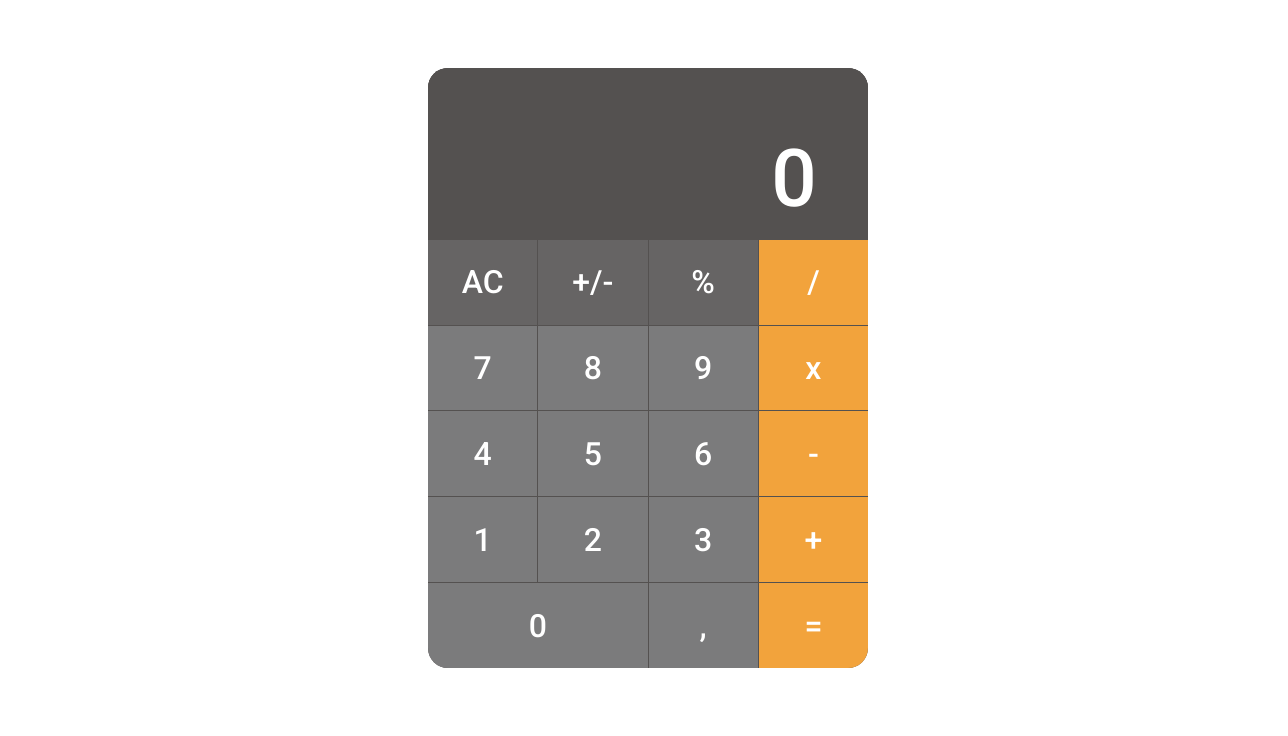
Repository: maciekto/calculatorOOP
Page: index.html
The author's editor kept a copy of each file at every save. The page is drawn from the files as they stood at one save, then again after the next save.
The browser window is 1280 px wide. The page is 1288 px wide, so the pictures cover 1288 px, including what lies to the right of the window. The pictures show the whole page.

Above is the page before, as saved 2022-07-15 23:16:16.

### index.html
<!DOCTYPE html>
<html lang="en">
<head>
    <meta charset="UTF-8">
    <meta http-equiv="X-UA-Compatible" content="IE=edge">
    <meta name="viewport" content="width=device-width, initial-scale=1.0">
    <title>Document</title>
    <link rel="stylesheet" href="css.css">

    <!-- Using mathjs library from https://mathjs.org/ -->
    <script src="https://unpkg.com/mathjs/lib/browser/math.js"></script>

</head>
<body>
    <main>
        <div class="Calc">
            <div class="Calc__result">
                <div class="Calc__result__inner">0</div>
            </div>

            <div class="Calc__reset">AC</div>
            <div class="Calc__opposite">+/-</div>
            <div class="Calc__percentages">%</div>
            <div class="Calc__divide">/</div>

            <div class="Calc__7">7</div>
            <div class="Calc__8">8</div>
            <div class="Calc__9">9</div>
            <div class="Calc__multiply">x</div>

            <div class="Calc__4">4</div>
            <div class="Calc__5">5</div>
            <div class="Calc__6">6</div>
            <div class="Calc__substraction">-</div>
            <div class="Calc__1">1</div>
            <div class="Calc__2">2</div>
            <div class="Calc__3">3</div>
            <div class="Calc__addition">+</div>

            <div class="Calc__0">0</div>
            <div class="Calc__comma">,</div>
            <div class="Calc__isequal">=</div>

        </div>
    </main>

    <script src="js.js"></script>
</body>
</html>

### css.css
@import url('https://fonts.googleapis.com/css2?family=Roboto:wght@400;500;700&display=swap');

* {
    font-family: 'Roboto', sans-serif;
    font-weight: 500;
    box-sizing: border-box;
}

main {
    width: 100vw;
    height: 100vh;
    display: grid;
    place-items: center;
}

.Calc {
    max-width: 440px;
    width: 55vw;
    height: 80vw;
    max-height: 600px;
    background: #545150;
    color: white;
    display: grid;
    grid-template-columns: repeat(4, 1fr);
    grid-template-rows: repeat(7, 1fr);
    grid-template-areas:
    "result result result result"
    "result result result result"
    "reset opposite percentages divide"
    "seven eight nine multiply"
    "four five six substraction"
    "one two three addition"
    "zero zero comma isequal"
    ;
    grid-gap: 1px;
    font-size: 4vw;
    border-radius: 2vw;
}
.Calc div {
    display: grid;
    place-items: center;
    background: #7b7b7c;
    cursor: pointer;
}
.Calc__result {
    grid-area: result;
    background: #545150 !important;
    font-size: 10vw;
    display: flex;
    overflow-x: scroll;
    border-radius: 2vw 2vw 0 0;
}
.Calc__result__inner {
    padding: 1vw 4vw;
    width: 100%;
    height: 100%;
    place-items: end end !important;


    background: #545150 !important;

}
.Calc__reset {
    background: #666464 !important;
}
.Calc__opposite {
    background: #666464 !important;
}
.Calc__percentages {
    background: #666464 !important;
}
.Calc__divide {
    background: #f2a33c !important;
}
.Calc__multiply {
    background: #f2a33c !important;
}
.Calc__substraction {
    background: #f2a33c !important;
}
.Calc__addition {
    background: #f2a33c !important;
}
.Calc__isequal {
    background: #f2a33c !important;
}
.Calc__0 {
    border-radius: 0 0 0 2vw;
}
.Calc__isequal {
    border-radius: 0 0 2vw 0;
}

.Calc__0 {
    grid-area: zero;
}

@media (min-width: 800px) {
    .Calc {
        font-size: 32px;
        border-radius: 20px;
    }
    .Calc__result {
        font-size: 80px;
        border-radius: 20px 20px 0 0;
    }
    .Calc__0 {
        border-radius: 0 0 0 20px;
    }
    .Calc__isequal {
        border-radius: 0 0 20px 0;
    }
}

### js.js


// Zaznaczanie klasy
function Class(nazwa) {
    return document.querySelector(`.${nazwa}`);
}


// EVENTS
const result = Class('Calc__result');
const result_inner = Class('Calc__result__inner');
const l0 = Class('Calc__0');
const l1 = Class('Calc__1');
const l2 = Class('Calc__2');
const l3 = Class('Calc__3');
const l4 = Class('Calc__4');
const l5 = Class('Calc__5');
const l6 = Class('Calc__6');
const l7 = Class('Calc__7');
const l8 = Class('Calc__8');
const l9 = Class('Calc__9');
const lcomma = Class('Calc__comma');
const isEqual = Class('Calc__isequal');
const x = Class('Calc__multiply');
const plus = Class('Calc__addition');
const minus = Class('Calc__substraction');
const divide = Class('Calc__divide');
const percentages = Class('Calc__percentages');
const AC = Class('Calc__reset');
const opposite = Class('Calc__opposite');

// Global variables
var cashed_number;
var operator = '';
var expression = [];
var isNumberNew = true;
var isOperatorClicked = false;

var allEvents = [x,plus, minus, divide, isEqual, AC, opposite, percentages,l0, l1, l2, l3, l4, l5, l6, l7, l8, l9, lcomma]

allEvents.forEach(element => {
    element.addEventListener('click', select);
});

document.addEventListener('keydown', select);


function select(e) {

    let selectedField;

    // detect if event is from keyboard or click
    if(e.key === undefined) {
        selectedField = e.target.innerHTML
    } else {
        selectedField = e.key;
    }
    AC.innerHTML = 'C';


    switch(selectedField) {
        // MULTIPLY
        case 'x':
        case '*':
            casheNumber('*');
            changeOperatorBorder('*');
            isOperatorClicked = true;
        break;

        //ADD
        case '+':
            casheNumber('+');
            changeOperatorBorder('+');
            isOperatorClicked = true;
        break;

        //SUBSTRACT
        case '-':
            casheNumber('-');
            changeOperatorBorder('-');
            isOperatorClicked = true;
        break;

        //DIVIDE
        case '/':
            casheNumber('/');
            changeOperatorBorder('/');
            isOperatorClicked = true;
        break;

        // RESULT
        case '=':
        case 'Enter':
            const transformedNumber = parseFloat(commaAndDotSwitcher('toDOT', result_inner.innerHTML));
            expression.push(transformedNumber);
            result_inner.innerHTML = count();
            isNumberNew = true;
            expression = []
            resizeResult();
            changeOperatorBorder();
        break;

        // Reset
        case 'C':
            AC.innerHTML = 'AC';
            result_inner.innerHTML = '0';
            isNumberNew = true;
        break;
        case 'AC':
            AC.innerHTML = 'AC';
            result_inner.innerHTML = '0';
            isNumberNew = true;
            console.log('siemano')
            expression = [];
            isOperatorClicked = false;
            changeOperatorBorder();
        break;

        case '+/-':
            const transformedNumber2 = parseFloat(commaAndDotSwitcher('toDOT', result_inner.innerHTML));


            if(transformedNumber2 <= 0) {
                const toString = transformedNumber2 * -1;
                result_inner.innerHTML = commaAndDotSwitcher('toCOMMA', toString.toString());
            } else {

                if(isOperatorClicked === false) {
                    result_inner.innerHTML = `-${result_inner.innerHTML}`;
                } else {
                    expression[expression.length - 2] = expression[expression.length - 2]*-1;
                    let numberModified = expression[expression.length - 2];
                    result_inner.innerHTML = commaAndDotSwitcher('toCOMMA', numberModified.toString());
                }
            }
        break;

        // PERCENTAGES
        case '%':
            const transformedNumber3 = parseFloat(commaAndDotSwitcher('toDOT', result_inner.innerHTML));

            if(transformedNumber3 <= 0) {
                const toString = transformedNumber3 / 100;
                result_inner.innerHTML = commaAndDotSwitcher('toCOMMA', toString.toString());
            } else {

                if(isOperatorClicked === false) {
                    const toString = transformedNumber3 / 100;
                    result_inner.innerHTML = commaAndDotSwitcher('toCOMMA', toString.toString());
                } else {
                    expression[expression.length - 2] = expression[expression.length - 2]/100;
                    let numberModified = expression[expression.length - 2];
                    result_inner.innerHTML = commaAndDotSwitcher('toCOMMA', numberModified.toString());
                }
            }
        break;

        // COMMAS
        case ',':
            // Read how much commas is in result
            if(commaLimitCheck(result_inner.innerHTML) === true) {
                writeClickedNumber(selectedField)
            }
        break;
        case '0':
        case '1':
        case '2':
        case '3':
        case '4':
        case '5':
        case '6':
        case '7':
        case '8':
        case '9':
            if(isNumberNew == true) {
                result_inner.innerHTML = selectedField;
                isNumberNew = false;
                isOperatorClicked = false;

            } else {
                // Check if there is comma
                writeClickedNumber(selectedField);

            }
        break;

        case 'Backspace':
            const stringFromArray = result_inner.innerHTML.split('');
            stringFromArray.pop()
            result_inner.innerHTML = stringFromArray.join("");
        break;

    }
}


// Return result as string type with commas to use in result_inner.innerHTML
function count() {
    // Using mathjs library from https://mathjs.org/
    const result = math.evaluate(

        // Convert expression from array to string
        expression.join('')
    )
    // Return result in string type with commas instead of dots
    return commaAndDotSwitcher('toCOMMA',result.toString());

}

// Make bigger border of selected operator
// If argument is empty clears all bolded borders
function changeOperatorBorder(operator) {
    clearBorders();
    switch(operator) {
        case '*':
            x.style.cssText = "border: 2px solid #666464";
        break;
        case '+':
            plus.style.cssText = "border: 2px solid #666464";
        break;
        case '-':
            minus.style.cssText = "border: 2px solid #666464";
        break;
        case '/':
            divide.style.cssText = "border: 2px solid #666464";
        break;
    }
    function clearBorders() {
        x.style.cssText = "";
        plus.style.cssText = "";
        minus.style.cssText = "";
        divide.style.cssText = "";
    }
}

// add number to the expression with corresponding operator which was selected
function casheNumber(selectedOperator) {

    // Doing when user already selected operator and want to change to other one
    // example: from '*' to '-'
    if(isOperatorClicked === true) {
        expression[expression.length - 1] = selectedOperator;
    }

    // add number and operator to expression
    else {
        const transformedNumber = parseFloat(commaAndDotSwitcher('toDOT', result_inner.innerHTML))
        expression.push(transformedNumber);
        isNumberNew = true;
        expression.push(selectedOperator);
    }

}



// Read how much commas is in the string
// amount: INTEGER - how many commas can be in existing string
// RETURNS true if there is less or equal commas to amount parameter
commaLimitCheck = (string, amount = 1 ) => {
    let Check = string.split('');
    let commaCount = 0;

    // Count comma's
    Check.forEach(element => {
        if(element === ',') {
            commaCount+=1;
        }
    });

    if(commaCount < amount) {
        return true;
    } else {
        return false;
    }
}


// Switch comma to dot or dot to comma
// operation: toDOT or toCOMMA
// RETURNS string with switched commas or dots
commaAndDotSwitcher = (operation, string) => {
    let Check = string.split('');
    let stringFromArray = '';

    if(operation === 'toDOT') {
            Check.forEach((element, index) => {
                if(element === ',') {
                    Check[index] = '.';
                    stringFromArray += Check[index];
                } else {
                    stringFromArray += Check[index];
                }

            });
            // Convert to string and return
            return stringFromArray;
    } else if (operation === 'toCOMMA') {
        Check.forEach((element, index) => {
            if(element === '.') {
                Check[index] = ',';
                stringFromArray += Check[index];
            } else {
                stringFromArray += Check[index];
            }

        });
        // Convert to string and return
        return stringFromArray;
    }
}

// Write clicked number to the result inner div
function writeClickedNumber(number) {
    const OLDresult = result_inner.innerHTML;
    result_inner.innerHTML = OLDresult + number;
    resizeResult()
}

// Resize inner result div dependent of how much text is inside
function resizeResult() {
    if(result_inner.clientWidth > result.clientWidth) {

        while(result_inner.clientWidth>result.clientWidth) {
            var style = window.getComputedStyle(result, null).getPropertyValue('font-size');
            var fontSizee = parseFloat(style);
            result.style.fontSize = (fontSizee - 1) +'px';
        }
    }
}

After the next save:
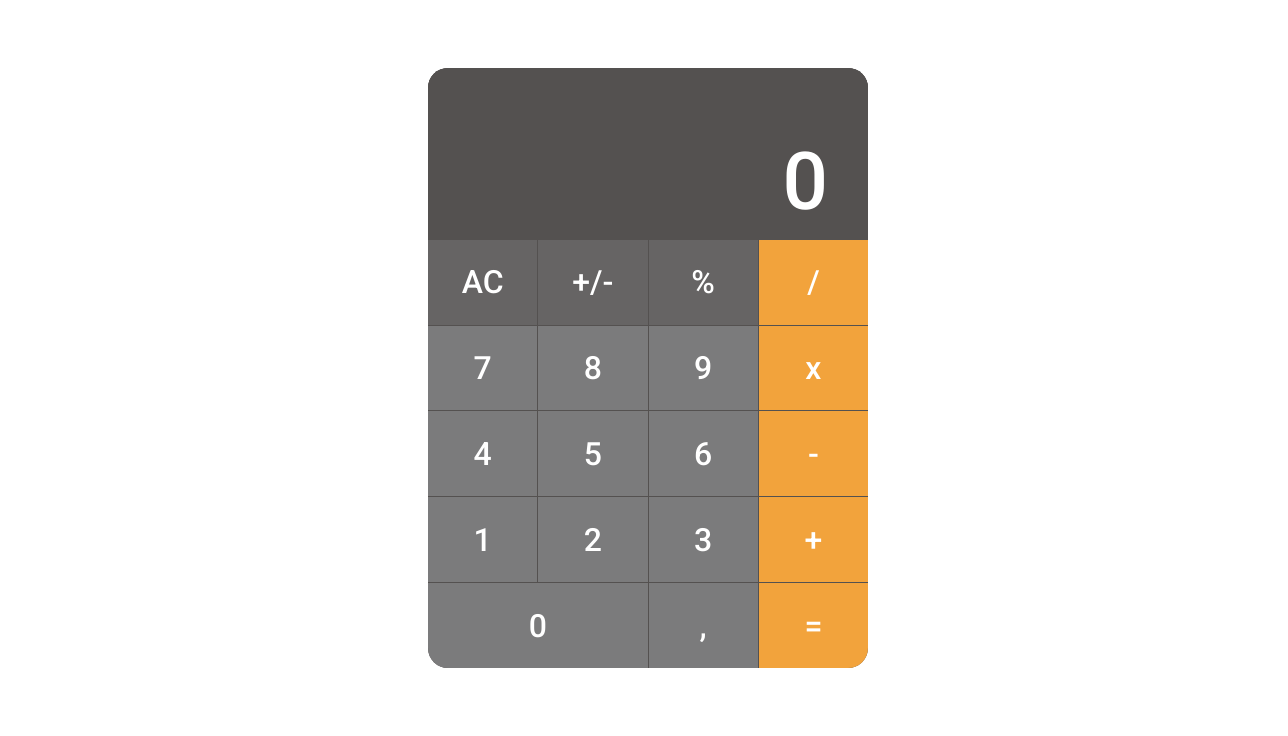
Saved 3 min 5 s later.
--- a/css.css
+++ b/css.css
@@ -104,6 +104,9 @@ main {
         font-size: 80px;
         border-radius: 20px 20px 0 0;
     }
+    .Calc__result__inner {
+        padding: 10px 40px;
+    }
     .Calc__0 {
         border-radius: 0 0 0 20px;
     }
